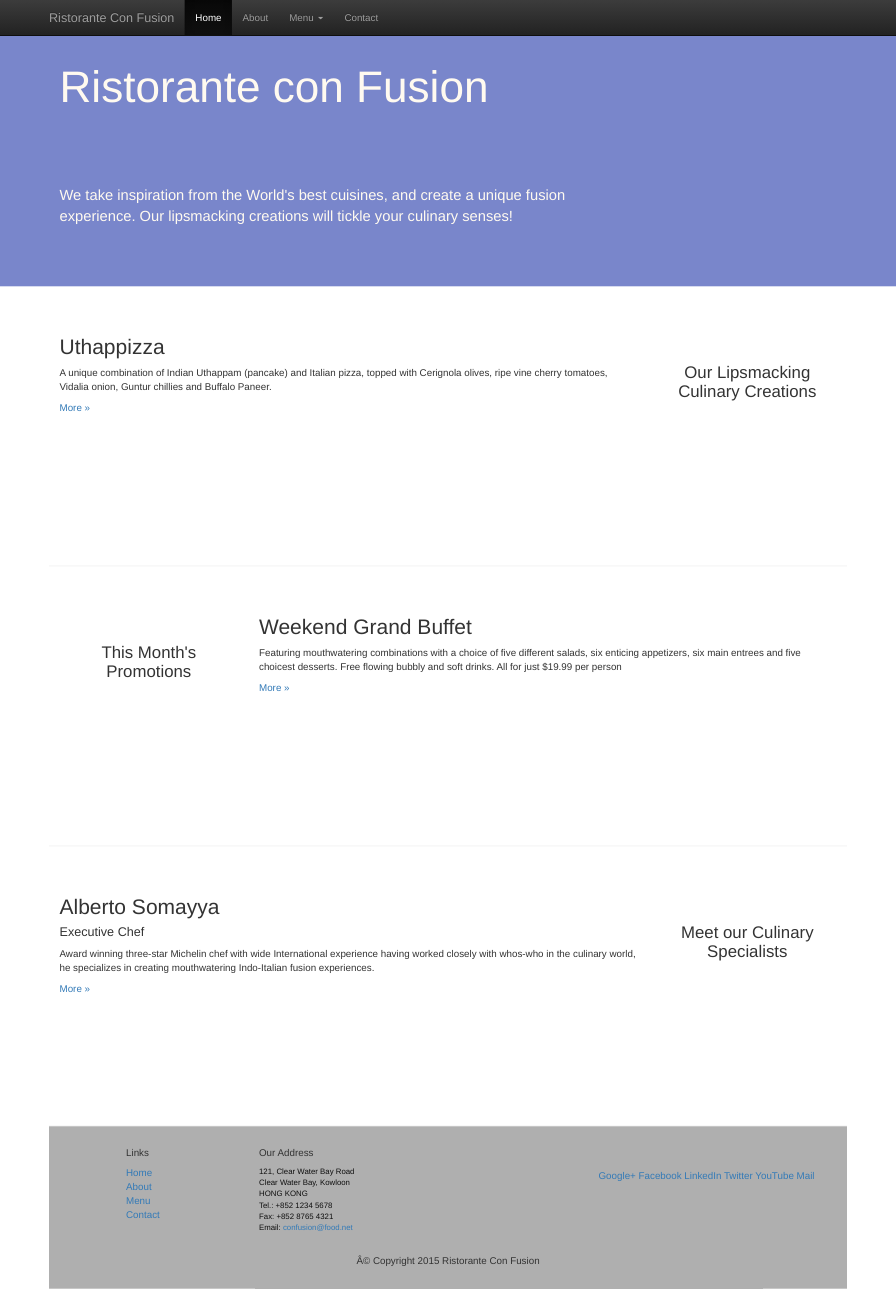
Repository: tagus24/Coursera
Page: http://localhost/conFusion/
An editor plug-in stored every save of this project. The page is shown before and after the next save, followed by the edit.
The browser window is 1280 px wide. The pictures show the whole page, at 70% of full size.
Some web libraries are served in a nearby version. The page is served by Tomcat 9. Other server files are loaded and not shown.

Above is the page before, as saved 2016-02-06 14:07:19.

### Coursera/FullStackDeveloper/conFusion/src/main/webapp/index.html
<!DOCTYPE html>
<html lang="en">

<head>
	<meta charset="utf-8">
    <meta http-equiv="X-UA-Compatible" content="IE=edge">
    <meta name="viewport" content="width=device-width, initial-scale=1">
    <!-- The above 3 meta tags *must* come first in the head; any other head
         content must come *after* these tags -->

    <title>Ristorante Con Fusion</title>

        <!-- Bootstrap -->
    <link href="css/bootstrap.min.css" rel="stylesheet">
    <link href="css/bootstrap-theme.min.css" rel="stylesheet">
	<link href="css/mystyles.css" rel="stylesheet">

    <!-- HTML5 shim and Respond.js for IE8 support of HTML5 elements and media queries -->
    <!-- WARNING: Respond.js doesn't work if you view the page via file:// -->
    <!--[if lt IE 9]>
      <script src="https://oss.maxcdn.com/html5shiv/3.7.2/html5shiv.min.js"></script>
      <script src="https://oss.maxcdn.com/respond/1.4.2/respond.min.js"></script>
    <![endif]-->

</head>

<body>

	<nav class="navbar navbar-inverse navbar-fixed-top" role="navigation">
          <div class="container">
          <div class="navbar-header">
                    <button type="button" class="navbar-toggle collapsed" data-toggle="collapse" data-target="#navbar" aria-expanded="false" aria-controls="navbar">
                        <span class="sr-only">Toggle navigation</span>
                        <span class="icon-bar"></span>
                        <span class="icon-bar"></span>
                        <span class="icon-bar"></span>
                    </button>
                    <a class="navbar-brand" href="#">Ristorante Con Fusion</a>
                </div>
                  <div id="navbar" class="navbar-collapse collapse">
	              <ul class="nav navbar-nav">
	                  <li class="active"><a href="#">Home</a></li>
	                  <li><a href="#">About</a></li>
	                   <li class="dropdown">
                        <a href="#" class="dropdown-toggle" data-toggle="dropdown"
                         role="button" aria-haspopup="true" aria-expanded="false">
                         Menu <span class="caret"></span></a>
                        <ul class="dropdown-menu">
                            <li><a href="#">Appetizers</a></li>
                            <li><a href="#">Main Courses</a></li>
                            <li><a href="#">Desserts</a></li>
                            <li><a href="#">Drinks</a></li>
                            <li role="separator" class="divider"></li>
                            <li class="dropdown-header">Specials</li>
                            <li><a href="#">Lunch Buffet</a></li>
                            <li><a href="#">Weekend Brunch</a></li>
                        </ul>
                     </li>
	                  <li><a href="#">Contact</a></li>
	              </ul>
               </div>
          </div>
      </nav>

    <header class="jumbotron">

        <!-- Main component for a primary marketing message or call to action -->

        <div class="container">
            <div class="row row-header">
                <div class="col-xs-12 col-sm-8">
                    <h1>Ristorante con Fusion</h1>
                    <p style="padding:40px;"></p>
                    <p>We take inspiration from the World's best cuisines, and create a unique fusion experience. Our lipsmacking creations will tickle your culinary senses!</p>
                </div>
                <div class="col-xs-12 col-sm-4">
                </div>
            </div>
        </div>
    </header>

    <div class="container">
        <div class="row row-content">
            <div class="col-xs-12 col-sm-3 col-sm-push-9">
                <p style="padding:20px;"></p>
                <h3 align=center>Our Lipsmacking Culinary Creations</h3>
            </div>
            <div class="col-xs-12 col-sm-9 col-sm-pull-3">
                <h2>Uthappizza</h2>
                <p>A unique combination of Indian Uthappam (pancake) and Italian pizza, topped with Cerignola olives, ripe vine cherry tomatoes, Vidalia onion, Guntur chillies and Buffalo Paneer.</p>
                <p><a  href="#">More &raquo;</a></p>
            </div>
        </div>


        <div class="row row-content">
            <div class="col-xs-12 col-sm-3">
                <p style="padding:20px;"></p>
                <h3 align=center>This Month's Promotions</h3>
            </div>
            <div class="col-xs-12 col-sm-9">
                <h2>Weekend Grand Buffet</h2>
                <p>Featuring mouthwatering combinations with a choice of five different salads, six enticing appetizers, six main entrees and five choicest desserts. Free flowing bubbly and soft drinks. All for just $19.99 per person </p>
                <p><a href="#">More &raquo;</a></p>
            </div>
        </div>

        <div class="row row-content">
            <div class="col-xs-12 col-sm-3 col-sm-push-9">
                <p style="padding:20px;"></p>
                <h3 align=center>Meet our Culinary Specialists</h3>
            </div>
            <div class="col-xs-12 col-sm-9 col-sm-pull-3">
                <h2>Alberto Somayya</h2>
                <h4>Executive Chef</h4>
                <p>Award winning three-star Michelin chef with wide International experience having worked closely with whos-who in the culinary world, he specializes in creating mouthwatering Indo-Italian fusion experiences. </p>
                <p><a href="#">More &raquo;</a></p>
            </div>
        </div>
    </div>

    <footer>
        <div class="container">
            <div class="row row-footer">
                <div class="col-xs-5 col-xs-offset-1 col-sm-2 col-sm-offset-1">
                    <h5>Links</h5>
                    <ul class="list-unstyled">
                        <li><a href="#">Home</a></li>
                        <li><a href="#">About</a></li>
                        <li><a href="#">Menu</a></li>
                        <li><a href="#">Contact</a></li>
                    </ul>
                </div>
                <div class="col-xs-6 col-sm-5">
                    <h5>Our Address</h5>
                    <address>
		              121, Clear Water Bay Road<br>
		              Clear Water Bay, Kowloon<br>
		              HONG KONG<br>
		              Tel.: +852 1234 5678<br>
		              Fax: +852 8765 4321<br>
		              Email: <a href="mailto:confusion@food.net">confusion@food.net</a>
		           </address>
                </div>
                <div class="col-xs-12 col-sm-4">
                    <div style="padding: 40px 10px;">
                        <a href="http://google.com/+">Google+</a>
                        <a href="http://www.facebook.com/profile.php?id=">Facebook</a>
                        <a href="http://www.linkedin.com/in/">LinkedIn</a>
                        <a href="http://twitter.com/">Twitter</a>
                        <a href="http://youtube.com/">YouTube</a>
                        <a href="mailto:">Mail</a>
                    </div>
                </div>
                <div class="col-xs-12">
                    <p style="padding:10px;"></p>
                    <p align=center>Â© Copyright 2015 Ristorante Con Fusion</p>
                </div>
            </div>
        </div>
    </footer>

     <!-- jQuery (necessary for Bootstrap's JavaScript plugins) -->
    <script src="https://ajax.googleapis.com/ajax/libs/jquery/1.11.3/jquery.min.js"></script>
    <!-- Include all compiled plugins (below), or include individual files as needed -->
    <script src="js/bootstrap.min.js"></script>

</body>

</html>

### Coursera/FullStackDeveloper/conFusion/src/main/webapp/css/mystyles.css
.row-header{
    margin:0px auto;
    padding:0px auto;
}

.row-content {
    margin:0px auto;
    padding: 50px 0px 50px 0px;
    border-bottom: 1px ridge;
    min-height:400px;
}

.row-footer{
    background-color: #AfAfAf;
    margin:0px auto;
    padding: 20px 0px 20px 0px;
}

.jumbotron {
    padding:70px 30px 70px 30px;
    margin:0px auto;
    background: #7986CB ;
    color:floralwhite;
}

address{
    font-size:80%;
    margin:0px;
    color:#0f0f0f;
}

Loaded but not shown: Coursera/FullStackDeveloper/conFusion/src/main/webapp/css/bootstrap.min.css (library); Coursera/FullStackDeveloper/conFusion/src/main/webapp/css/bootstrap-theme.min.css (library); Coursera/FullStackDeveloper/conFusion/src/main/webapp/js/bootstrap.min.js (library)

After the next save:
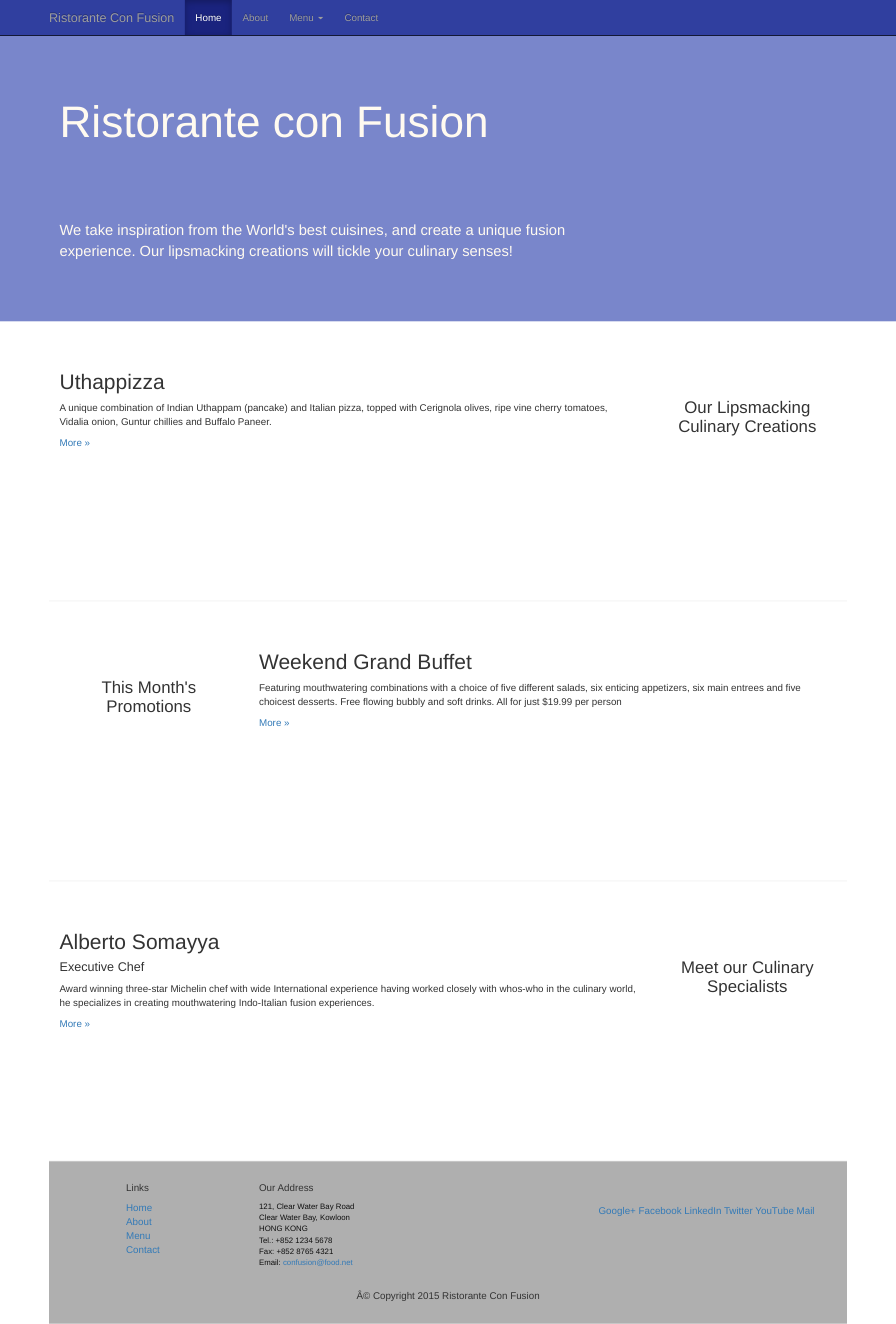
Saved 48 s later.
--- a/Coursera/FullStackDeveloper/conFusion/src/main/webapp/css/mystyles.css
+++ b/Coursera/FullStackDeveloper/conFusion/src/main/webapp/css/mystyles.css
@@ -28,3 +28,36 @@ address{
     margin:0px;
     color:#0f0f0f;
 }
+
+body{
+    padding:50px 0px 0px 0px;
+    z-index:0;
+}
+
+.navbar-inverse {
+     background: #303F9F;
+}
+
+.navbar-inverse .navbar-nav > .active > a,
+.navbar-inverse .navbar-nav > .active > a:hover,
+.navbar-inverse .navbar-nav > .active > a:focus {
+    color: #fff;
+    background: #1A237E;
+}
+
+.navbar-inverse .navbar-nav > .open > a,
+ .navbar-inverse .navbar-nav > .open > a:hover,
+ .navbar-inverse .navbar-nav > .open > a:focus {
+    color: #fff;
+    background: #1A237E;
+}
+
+.navbar-inverse .navbar-nav .open .dropdown-menu> li> a,
+.navbar-inverse .navbar-nav .open .dropdown-menu {
+    background-color: #303F9F;
+    color:#eeeeee;
+}
+
+.navbar-inverse .navbar-nav .open .dropdown-menu> li> a:hover {
+    color:#000000;
+}
